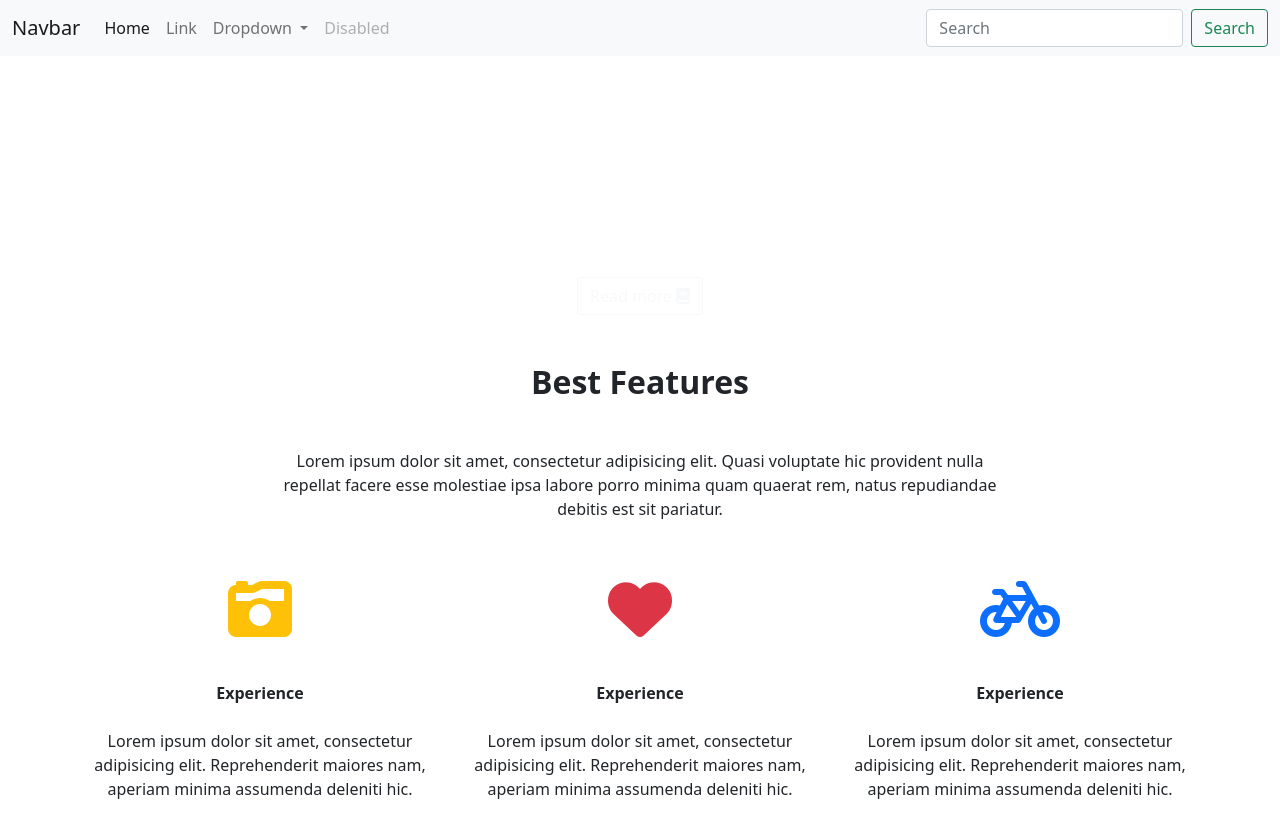
Repository: nptg3105/lab04-landing-page-boostrap5
Page: index.html
The author's editor kept a copy of each file at every save. The page is drawn from the files as they stood at one save, then again after the next save.
The browser window is 1280 px wide. The pictures show the whole page.

Above is the page before, as saved 2021-12-19 10:25:21.

After the next save:
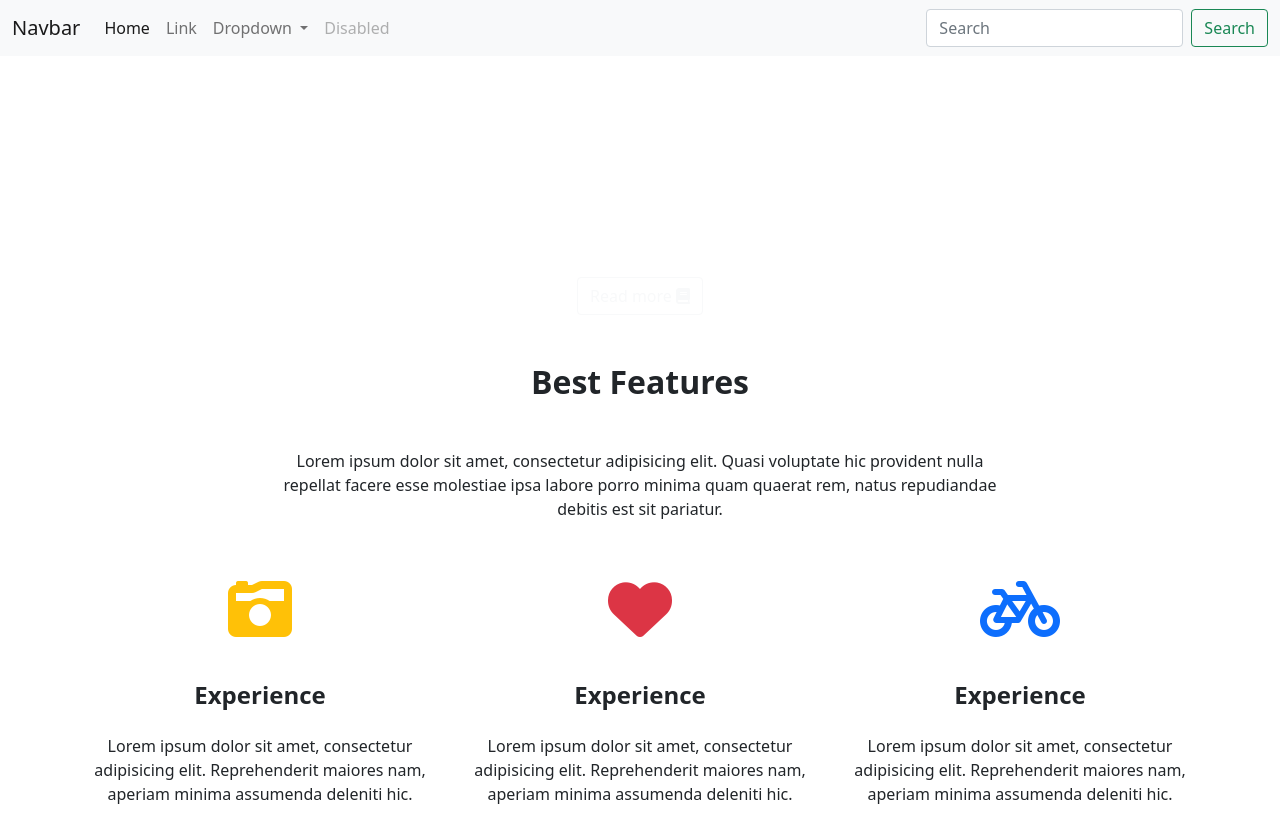
Saved 16 s later.
--- a/index.html
+++ b/index.html
@@ -98,17 +98,17 @@
           <div class="feature__list row">
             <div class="feature__item col-md-4">
               <div class="feature__icon fa-4x text-warning"><i class="fas fa-camera-retro"></i></div>
-              <div class="feature__title my-4 fw-bold">Experience</div>
+              <h4 class="feature__title my-4 fw-bold">Experience</h4>
               <div class="feature__desc">Lorem ipsum dolor sit amet, consectetur adipisicing elit. Reprehenderit maiores nam, aperiam minima assumenda deleniti hic.</div>
             </div>
             <div class="feature__item col-md-4">
               <div class="feature__icon fa-4x text-danger"><i class="fas fa-heart"></i></div>
-              <div class="feature__title my-4 fw-bold">Experience</div>
+              <h4 class="feature__title my-4 fw-bold">Experience</h4>
               <div class="feature__desc">Lorem ipsum dolor sit amet, consectetur adipisicing elit. Reprehenderit maiores nam, aperiam minima assumenda deleniti hic.</div>
             </div>
             <div class="feature__item col-md-4 ">
               <div class="feature__icon fa-4x text-primary"><i class="fas fa-bicycle"></i></div>
-              <div class="feature__title my-4 fw-bold">Experience</div>
+              <h4 class="feature__title my-4 fw-bold">Experience</h4>
               <div class="feature__desc">Lorem ipsum dolor sit amet, consectetur adipisicing elit. Reprehenderit maiores nam, aperiam minima assumenda deleniti hic.</div>
             </div>
           </div>
